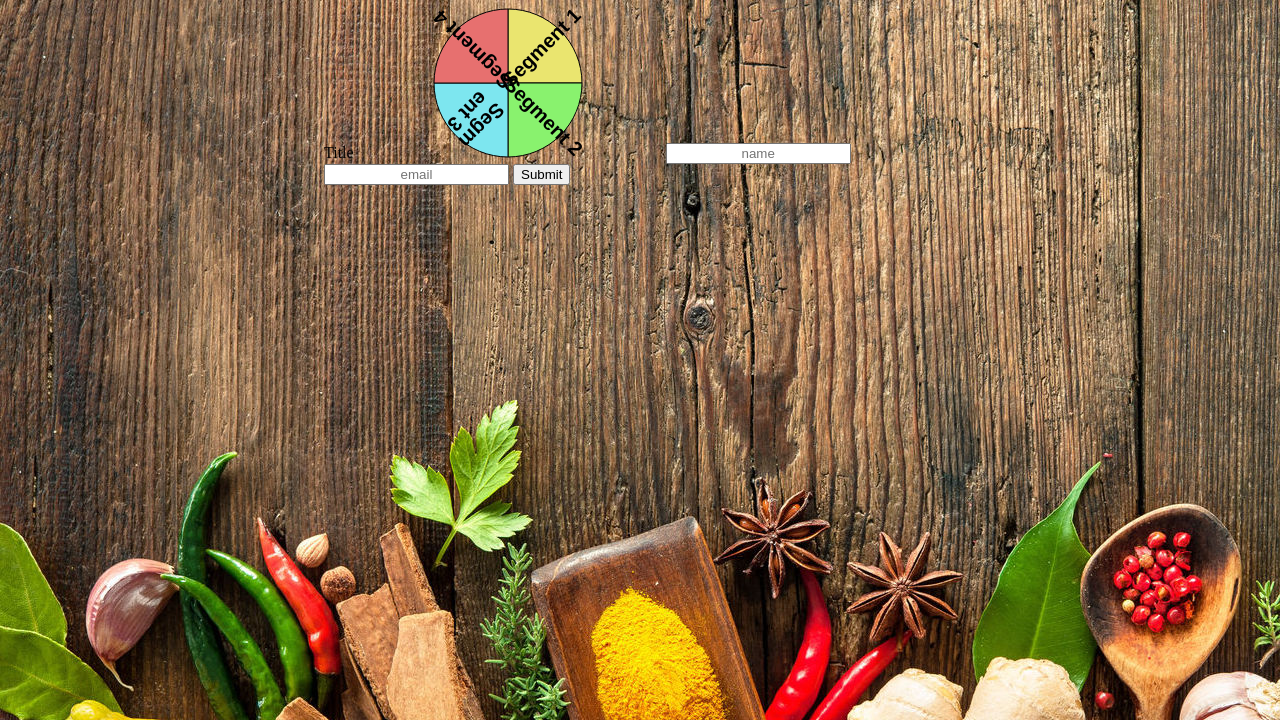
Repository: 43320888/upwork
Page: index.html
These files come from the project's save history. The page is drawn as it stood at one moment and after the next save; the edit follows.
The browser window is 1280 px wide. The pictures show the whole page.

Above is the page before, as saved 2019-01-16 12:48:54.

### index.html
<!DOCTYPE html>
<html lang="en">
<head>
	<meta charset="UTF-8">
	<meta name="viewport" content="width=device-width, initial-scale=1.0">
	<meta http-equiv="X-UA-Compatible" content="ie=edge">
	<link rel="stylesheet" href="style.css">
	<script src="Winwheel.min.js"></script>
	<title>Spin wheel</title>
</head>
<body class="spin-table">
	<div>
		<span>Title</span>
		<canvas id="canvas3"></canvas>
		<script src="script.js"></script>
		<input type="text" placeholder="name">
		<input type="text" placeholder="email">
		<input type="submit" placeholder="submit">
	</div>
</body>
</html>

### style.css
.spin-table {
	height: 100%;
	background: #000;
	background-image: url(images/Covers.jpg);
}
.spin-table > div {
	margin-left: 50%;
	transform: translateX(-50%);
}
.spin-table > div > * {
	text-align: center;
	display: inline-block;
}

### script.js
let theWheel3 = new Winwheel({
	'canvasId': 'canvas3',
	'numSegments': 4,
	'segments': [
		{'fillStyle': '#eae56f', 'text': 'Segment 1'},
		{'fillStyle': '#89f26e', 'text': 'Segment 2'},
		{'fillStyle': '#7de6ef', 'text': 'Segm\nent 3'},
		{'fillStyle': '#e7706f', 'text': 'Segment 4'},
	],
});

Loaded but not shown: Winwheel.min.js (library)

After the next save:
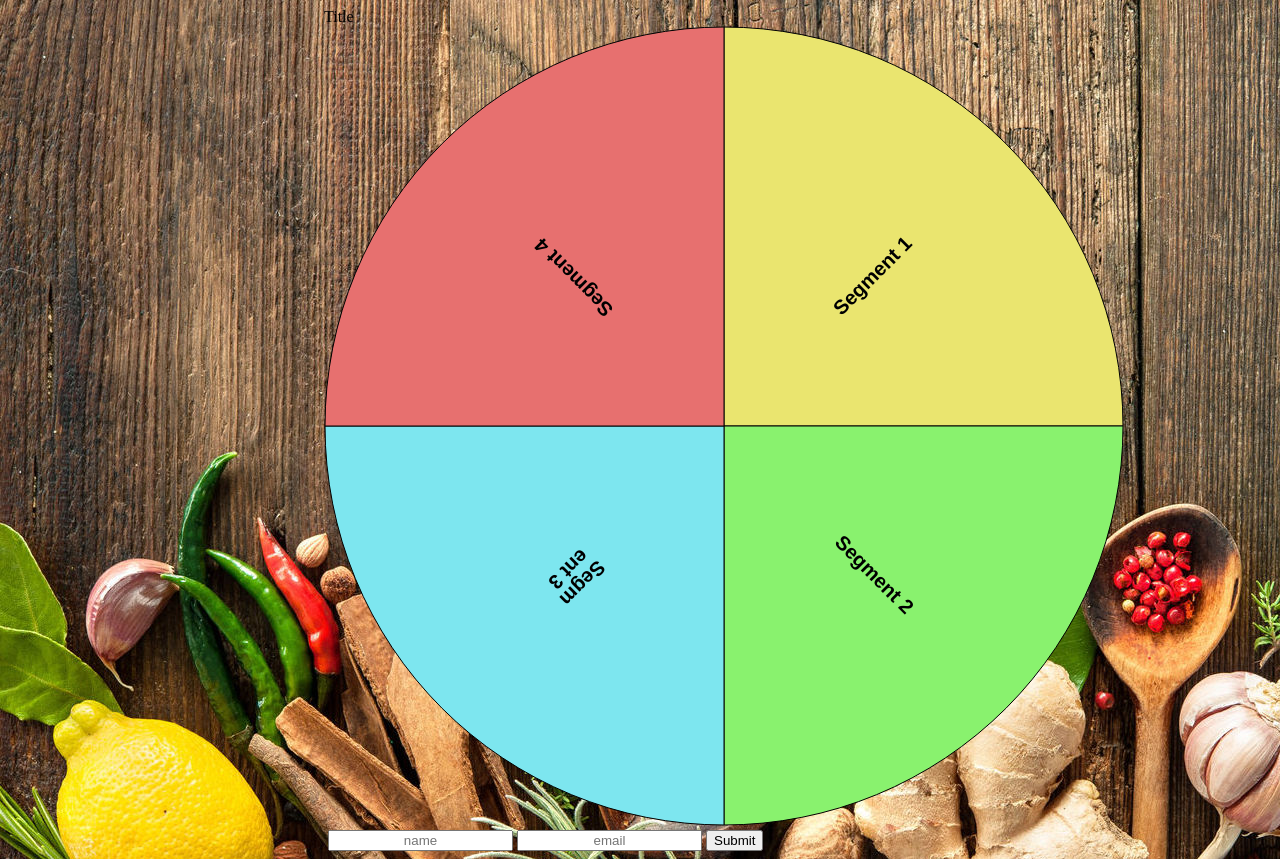
Saved 35 s later.
--- a/index.html
+++ b/index.html
@@ -11,7 +11,7 @@
 <body class="spin-table">
 	<div>
 		<span>Title</span>
-		<canvas id="canvas3"></canvas>
+		<canvas id="canvas3" width="800" height="800"></canvas>
 		<script src="script.js"></script>
 		<input type="text" placeholder="name">
 		<input type="text" placeholder="email">
